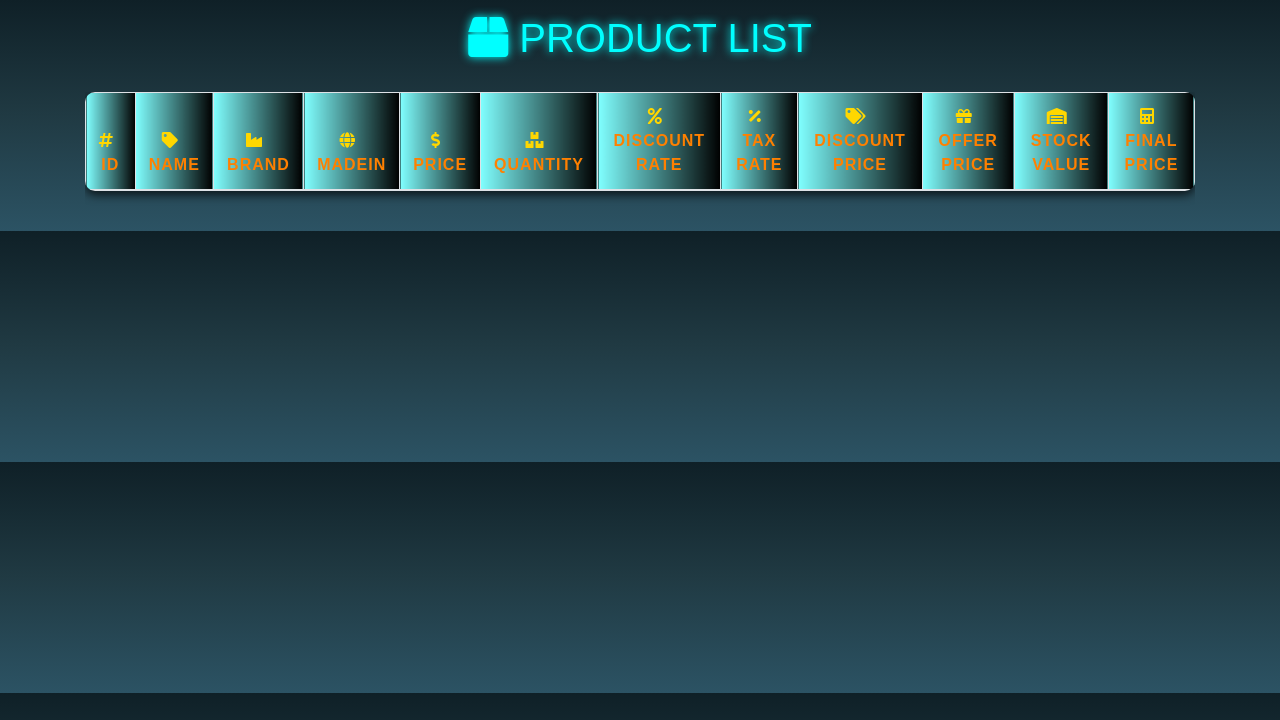
Repository: Ravi-kishor-09/Ravi-projects
Page: http://localhost/product-list
The author's editor kept a copy of each file at every save. The page is drawn from the files as they stood at one save, then again after the next save.
The browser window is 1280 px wide. The pictures show the whole page.
The page is this project's Thymeleaf template; nobody is signed in. The template is opened directly, without the code that normally fills it, so the values that code supplies are empty.

Above is the page before, as saved 2024-12-20 19:24:22.

After the next save:
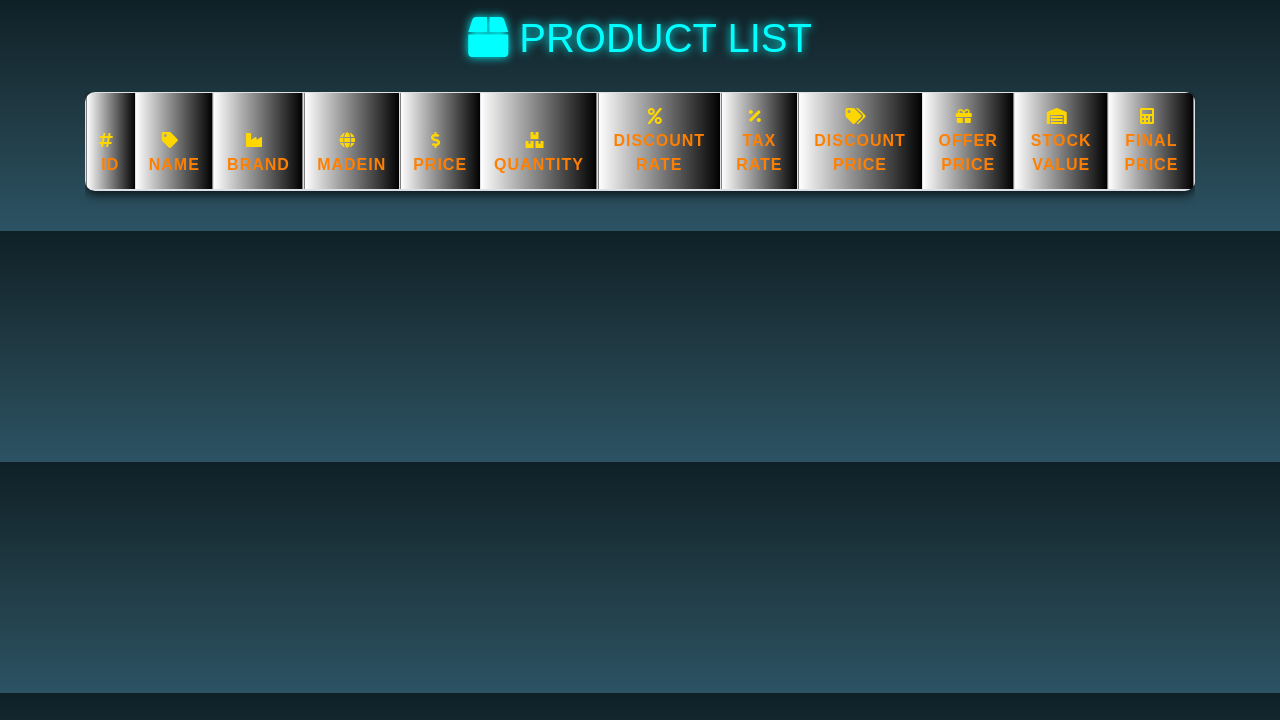
Saved 28 s later.
--- a/spring1/src/main/resources/templates/product-list.html
+++ b/spring1/src/main/resources/templates/product-list.html
@@ -34,7 +34,7 @@
             box-shadow: 0 4px 10px rgba(0, 0, 0, 0.7);
         }
         thead th {
-            background: linear-gradient(90deg, rgb(128, 255, 255), rgb(0, 0, 0));
+            background: linear-gradient(90deg, rgb(255, 255, 255), rgb(0, 0, 0));
             color: rgb(255, 128, 0);
             font-weight: bold;
             text-transform: uppercase;
